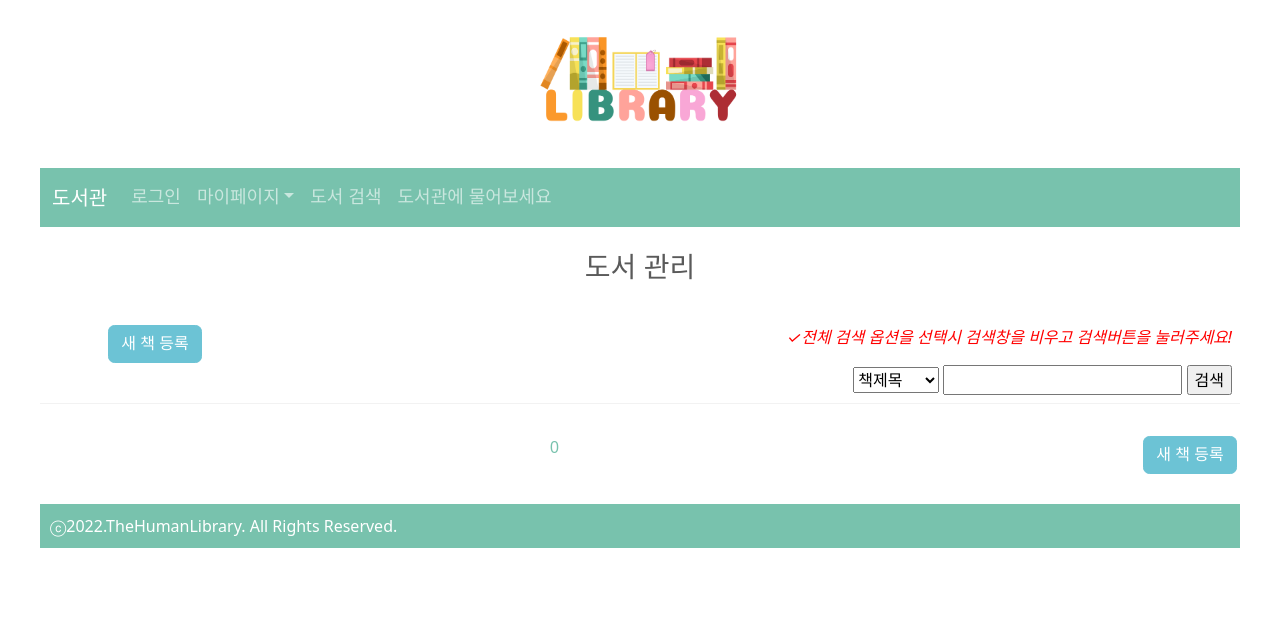
Repository: ahnbin00/Library
Page: http://localhost/BookRental/WEB-INF/book/manageBookList.jsp
These files come from the project's save history. The page is drawn as it stood at one moment and after the next save; the edit follows.
The browser window is 1280 px wide. The pictures show the whole page.
Some web fonts or font styles are not loaded; a fallback is used. Some web libraries are served in a nearby version. The page is served by Tomcat 9. Nobody is signed in. Other server files are loaded and not shown. The template is opened directly, without the code that normally fills it, so the values that code supplies are empty.

Above is the page before, as saved 2022-12-22 07:18:52.

### BookRental/src/main/webapp/WEB-INF/book/manageBookList.jsp
<%@page import="java.util.List"%>

<%@ page language="java" contentType="text/html; charset=UTF-8"
   pageEncoding="UTF-8"%>
    <%@ taglib prefix="c" uri="http://java.sun.com/jsp/jstl/core" %>
<!DOCTYPE html>
<html>
<head>
<meta charset="UTF-8">
<link rel="stylesheet"
   href="resources/bootstrap.css">
   <link rel="stylesheet" href="https://cdn.jsdelivr.net/npm/bootstrap-icons@1.7.1/font/bootstrap-icons.css">
<title>도서 목록/검색</title>
<style type="text/css">
@import url('https://fonts.googleapis.com/css2?family=Jua&display=swap');
ul li a{
text-decoration: none;
padding: 10px;
}
ul li a:hover{
background-color: #78c2ad;
color: white;
border-radius:5px;
}
</style>
</head>
<body style="width:1200px; text-align:center; margin: 0 auto;" >
	<header>
		<h1 style="text-align: center; padding-top: 30px; padding-bottom: 30px;"><img alt="로고" src="resources/logo.png" width="200px" height="100px"></h1>
    </header>

	<nav>
		<%@ include file="/WEB-INF/book/banner.jsp" %>
	</nav>
   <br>

   <h3>도서 관리</h3>

   <!-- 검색 시작 -->
   <form action="getBookListManage.do" method="post">
      <table class="table">
         <tr>
            <td>
               <button type="button" class="btn btn-info" onclick="location.href='insertBookPage.do'">새 책 등록</button>
            </td>
            <td align="right">
            <p style="color: red;font-style: italic;">✓전체 검색 옵션을 선택시 검색창을 비우고 검색버튼을 눌러주세요!</p>
            <select id="searchCondition" name="searchCondition">
                  <option value="TITLE" ${vo.searchCondition == 'TITLE' ? 'selected="selected"' : '' }>책제목</option>
                  <option value="WRITER" ${vo.searchCondition == 'WRITER' ? 'selected="selected"' : '' }>저자</option>
                  <option value="PUBLISHER" ${vo.searchCondition == 'PUBLISHER' ? 'selected="selected"' : '' }>출판사</option>
                  <option value="TITLE">전체 검색</option>
            </select>
            <input type="text" name="searchKeyword" value="${vo.searchKeyword }">
            <input type="submit" value="검색"></td><br>
         </tr>
      </table>
   </form>
   <!-- 검색 종료 -->

   <table class="table" style="width:1200px;">
      <c:forEach var="bookList" items="${bookList }">
         <tr>
            <td style="height:100px" rowspan="6"><img src="${bookList.image }" width="160"></td>
               <th scope="row">제목</th>
               <td>${bookList.title }</td>
          </tr>
          <tr>
               <th scope="row">ISBN</th>
               <td>${bookList.isbn }</td>
          </tr>
          <tr>
             <th scope="row">작가</th>
               <td>${bookList.writer}</td>
          </tr>
          <tr>
             <th scope="row">출판사</th>
               <td>${bookList.publisher}</td>
          </tr>
          <tr>
             <th scope="row">소개</th>
               <td>${bookList.content}</td>
          </tr>
          <tr>
             <td colspan="2">
                <button type="button" class="btn btn-dark" onclick="location.href='getBookManage.do?isbn=${bookList.isbn }'">수정</button>
                <button type="button" class="btn btn-danger" onclick="location.href='deleteBook.do?seq=${bookList.seq }'">삭제</button>
             </td>
          </tr>
       </c:forEach>
   </table>
   <div style="width: 100px; float: right;">
      <button type="button" class="btn btn-info" onclick="location.href='insertBookPage.do'">새 책 등록</button>
   </div>

   <!-- 페이징 -->
 	<div>
         <ul class="pagination" style="text-align: center; width:100px; margin: auto auto;" >
<!--             이전 페이지 시작 -->
            <c:if test='${map.startPage > 10}'>
            <li class="paginate_button page-item previous" id="dataTable_previous">
            <a href="getBookList.do?pageNum=${map.startPage-10 }" aria-controls="dataTable" data-dt-idx="0" tabindex="0" class="page-link">이전페이지</a>
            </li>
            </c:if>
<!--             이전 페이지 끝 -->

<!--             페이징 넘버링 시작 -->
            <c:forEach var="num" begin="${map.startPage }" end="${map.endPage }">
               <li class="pagination_button-item  <c:if test='${vo.pageNum eq num }'>active</c:if>">
                  <a href="getBookList.do?pageNum=${num }&searchKeyword=${vo.searchKeyword}&searchCondition=${vo.searchCondition}">${num }&nbsp;</a>
               </li>
            </c:forEach>
<!--             페이징 넘버링 끝 -->

<!--             다음 페이지 시작 -->
            <c:if test='${map.totalPages > map.endPage }'>
            <li class="paginate_button page-item next" id="dataTable_next">
            <a href="getBookList.do?pageNum=${vo.pageNum+map.nextFirstNumPage }" aria-controls="dataTable" data-dt-idx="7" tabindex="0" class="page-link">다음페이지</a>
            </li>
            </c:if>
<!--             다음 페이지 끝 -->
         </ul>
      </div>
      <br>

	<%@ include file="/WEB-INF/book/footer.jsp" %>
</body>
</html>

### BookRental/src/main/webapp/WEB-INF/book/banner.jsp
<%@ page language="java" contentType="text/html; charset=UTF-8"
   pageEncoding="UTF-8"%>
<%@ taglib prefix="c" uri="http://java.sun.com/jsp/jstl/core" %>
<!DOCTYPE html>
<html>
<head>
<meta charset="UTF-8">
<link rel="stylesheet"
   href="../resources/bootstrap.css">
   <script src="https://cdn.jsdelivr.net/npm/bootstrap@5.2.2/dist/js/bootstrap.bundle.min.js" integrity="sha384-OERcA2EqjJCMA+/3y+gxIOqMEjwtxJY7qPCqsdltbNJuaOe923+mo//f6V8Qbsw3" crossorigin="anonymous"></script>
<title>상단 메인 배너</title>
<style type="text/css">
@import url('https://fonts.googleapis.com/css2?family=Jua&display=swap');
body ul, a{
font-family: 'Jua', sans-serif;
}
</style>
</head>
<body style="width:1200px;">
<nav class="navbar navbar-expand-lg navbar-dark bg-primary">
  <div class="container-fluid">
    <a class="navbar-brand" href="index.do">도서관</a>
    <button class="navbar-toggler" type="button" data-bs-toggle="collapse" data-bs-target="#navbarColor01" aria-controls="navbarColor01" aria-expanded="false" aria-label="Toggle navigation">
      <span class="navbar-toggler-icon"></span>
    </button>
    <div class="collapse navbar-collapse" id="navbarColor01">
      <ul class="navbar-nav me-auto">
        <li class="nav-item">
        <c:choose>
         <c:when test="${empty id }">
            <a class="nav-link" href="login.do" style="font-size:18px">로그인
            <span class="visually-hidden">(current)</span>
             </a>
         </c:when>
         <c:otherwise>
             <a class="nav-link" href="logout.do" style="font-size:18px">로그아웃
             <span class="visually-hidden">(current)</span>
             </a>
         </c:otherwise>
         </c:choose>
         <c:if test="${id eq 'admin' }">
        	<li class="nav-item">
			<a class="nav-link" href="getMemberList.do">회원 관리</a>
			</li>
			<li class="nav-item">
			<a class="nav-link" href="getBookListManage.do">도서 관리</a>
			</li>
			<li class="nav-item">
			<a class="nav-link" href="getRentalList.do">대여 현황</a>
			</li>
			<li class="nav-item">
			<a class="nav-link" href="getQnaListManage.do">도서관에 물어보세요</a>
			</li>
         </c:if>
        </li>
        <c:if test="${id ne 'admin' }">
        <li class="nav-item dropdown">
          <a class="nav-link dropdown-toggle" data-bs-toggle="dropdown" role="button" aria-haspopup="true" aria-expanded="false" style="font-size:18px">마이페이지</a>
          <div class="dropdown-menu">
             <c:choose>
             <c:when test="${empty id }">
             <a class="dropdown-item" href="login.do" style="font-size:18px">회원정보수정</a>
            <a class="dropdown-item" href="login.do" style="font-size:18px">회원대출정보</a>
             </c:when>
             <c:otherwise>
             <a class="dropdown-item" href="getMember.do?id=${id}" style="font-size:18px">회원정보수정</a>
            <a class="dropdown-item" href="memberRental.do?id=${id}" style="font-size:18px">회원대출정보</a>
             </c:otherwise>
             </c:choose>
          </div>
        </li>
        <li class="nav-item">
          <a class="nav-link" href="getBookList.do" style="font-size:18px">도서 검색</a>
        </li>
        <li class="nav-item">
          <a class="nav-link" href="getQnaList.do" style="font-size:18px">도서관에 물어보세요</a>
        </li>
      </ul>
      </c:if>
<!--       <form class="d-flex"> -->
<!--         <input class="form-control me-sm-2" type="text" placeholder="Search"> -->
<!--         <button class="btn btn-secondary my-2 my-sm-0" type="submit">Search</button> -->
<!--       </form> -->
    </div>
  </div>
</nav>

</body>
</html>

### BookRental/src/main/webapp/WEB-INF/book/footer.jsp
<%@ page language="java" contentType="text/html; charset=UTF-8"
    pageEncoding="UTF-8"%>
<!DOCTYPE html>
<html>
<head>
<meta charset="UTF-8">
<title>Insert title here</title>
<style type="text/css">
footer{
margin-top: 20px;
padding: 10px;
width: 1200px;
background-color: #78c2ad;
text-align: left;
color: white;
}
</style>
</head>
<body>

   <footer>
		ⓒ2022.TheHumanLibrary. All Rights Reserved.
   </footer>

</body>
</html>

Loaded but not shown: BookRental/src/main/webapp/resources/bootstrap.css (library)

After the next save:
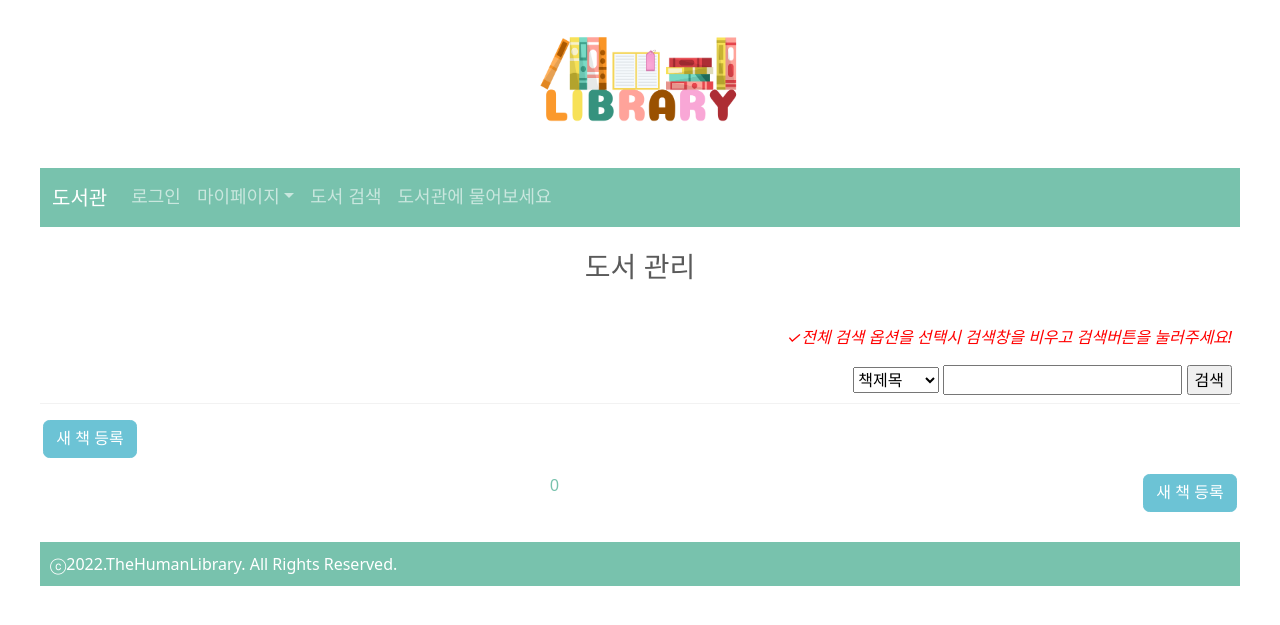
Saved 72 s later.
--- a/BookRental/src/main/webapp/WEB-INF/book/manageBookList.jsp
+++ b/BookRental/src/main/webapp/WEB-INF/book/manageBookList.jsp
@@ -40,9 +40,9 @@ border-radius:5px;
    <form action="getBookListManage.do" method="post">
       <table class="table">
          <tr>
-            <td>
-               <button type="button" class="btn btn-info" onclick="location.href='insertBookPage.do'">새 책 등록</button>
-            </td>
+<!--             <td> -->
+<!--                <button type="button" class="btn btn-info" onclick="location.href='insertBookPage.do'">새 책 등록</button> -->
+<!--             </td> -->
             <td align="right">
             <p style="color: red;font-style: italic;">✓전체 검색 옵션을 선택시 검색창을 비우고 검색버튼을 눌러주세요!</p>
             <select id="searchCondition" name="searchCondition">
@@ -57,6 +57,10 @@ border-radius:5px;
       </table>
    </form>
    <!-- 검색 종료 -->
+
+   <div style="width: 100px; float: left;">
+      <button type="button" class="btn btn-info" onclick="location.href='insertBookPage.do'">새 책 등록</button>
+   </div>
 
    <table class="table" style="width:1200px;">
       <c:forEach var="bookList" items="${bookList }">
